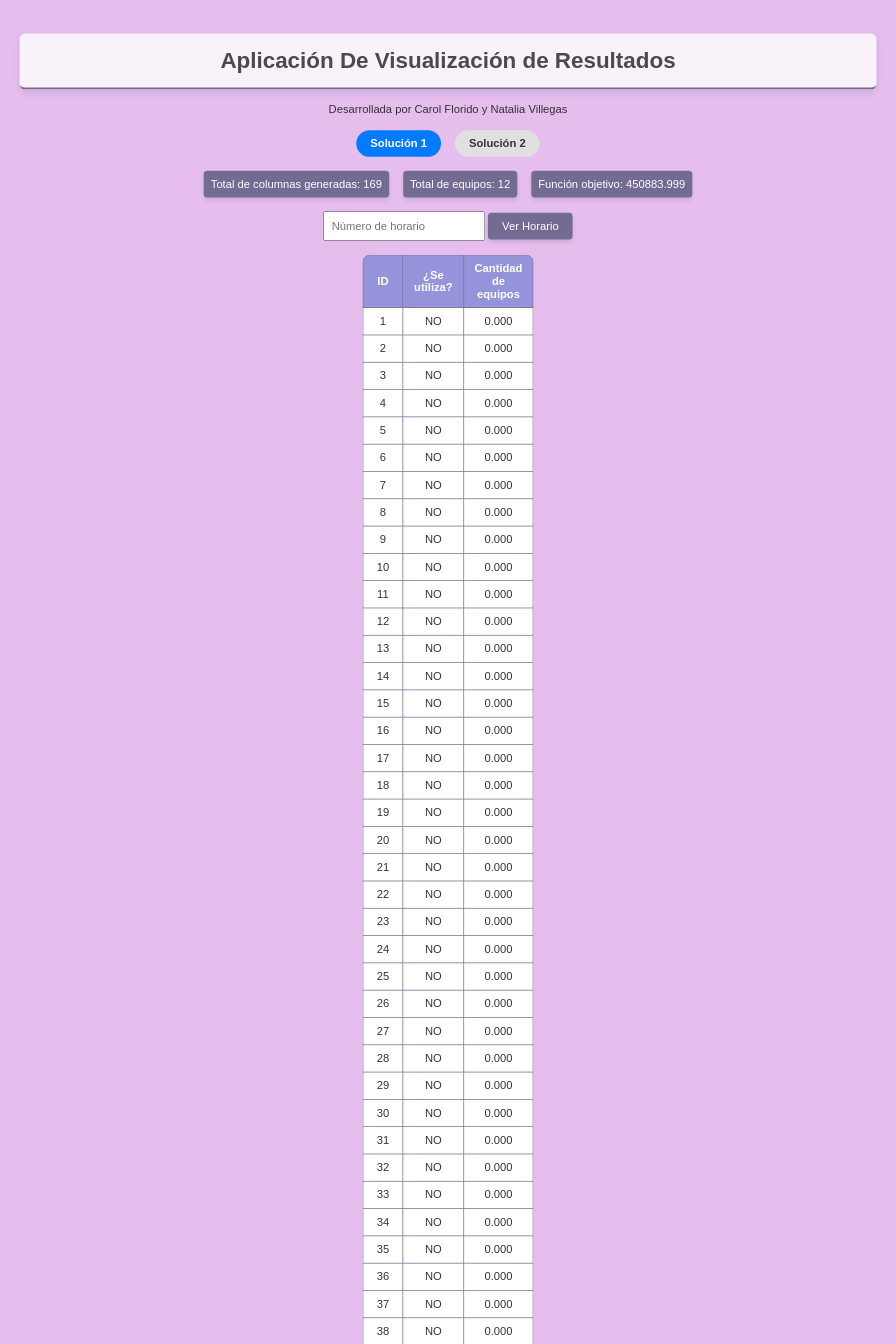
Repository: cflorido/Front_T3
Page: index.html
The author's editor kept a copy of each file at every save. The page is drawn from the files as they stood at one save, then again after the next save.
The browser window is 1280 px wide. The pictures show the part of the page from y = 0 to 1920 px (the page is 7129 px tall), at 70% of full size.
The first `input` is checked.

Above is the page before, as saved 2024-10-22 23:31:21.

After the next save:
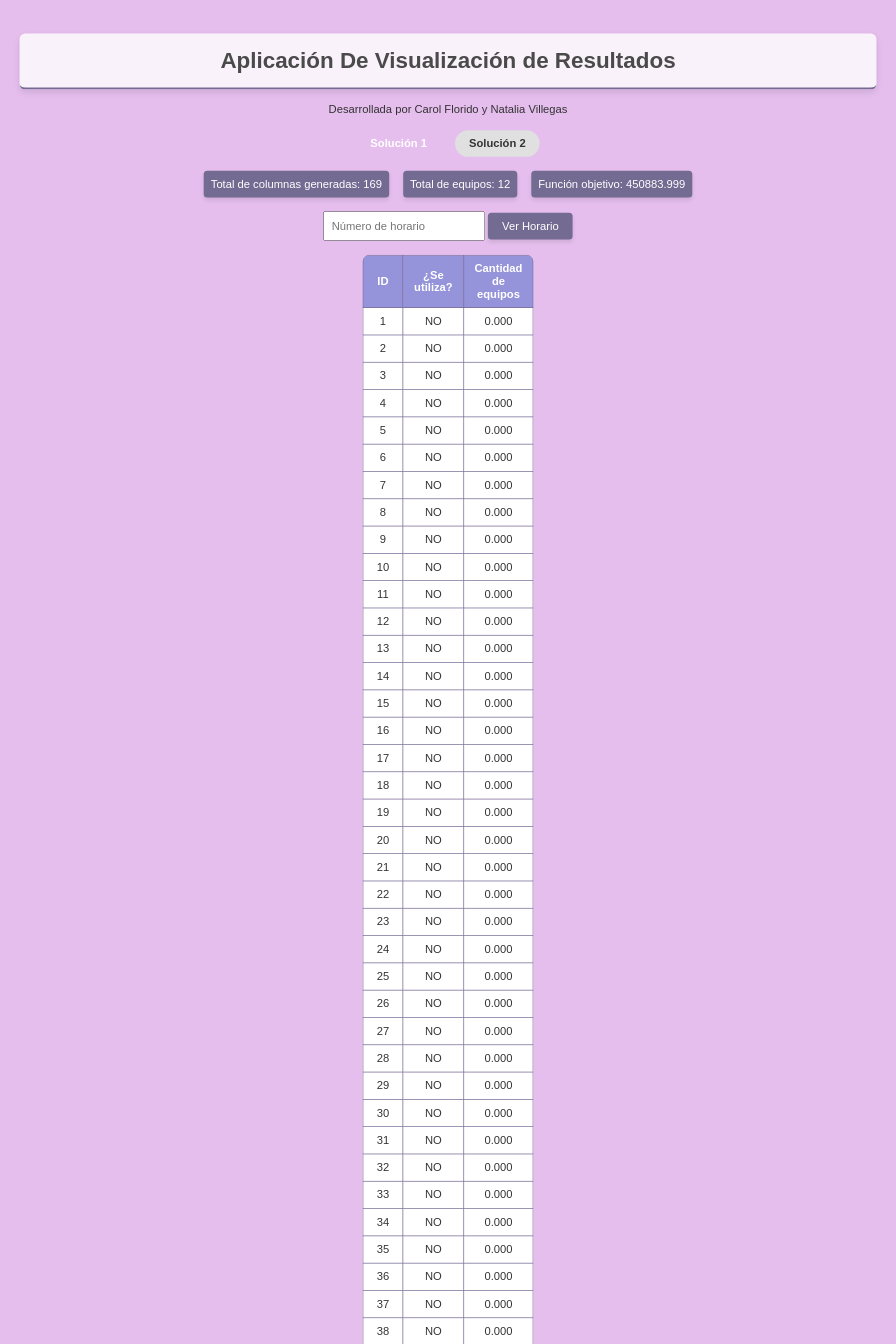
Saved 18 s later.
--- a/index.html
+++ b/index.html
@@ -147,7 +147,7 @@
         }
 
         input:checked + .switch-label {
-            background-color: #007bff; /* Color de la opción seleccionada */
+            background-color: #E5BEED; /* Color de la opción seleccionada */
             color: white; /* Color del texto en la opción seleccionada */
         }
 
